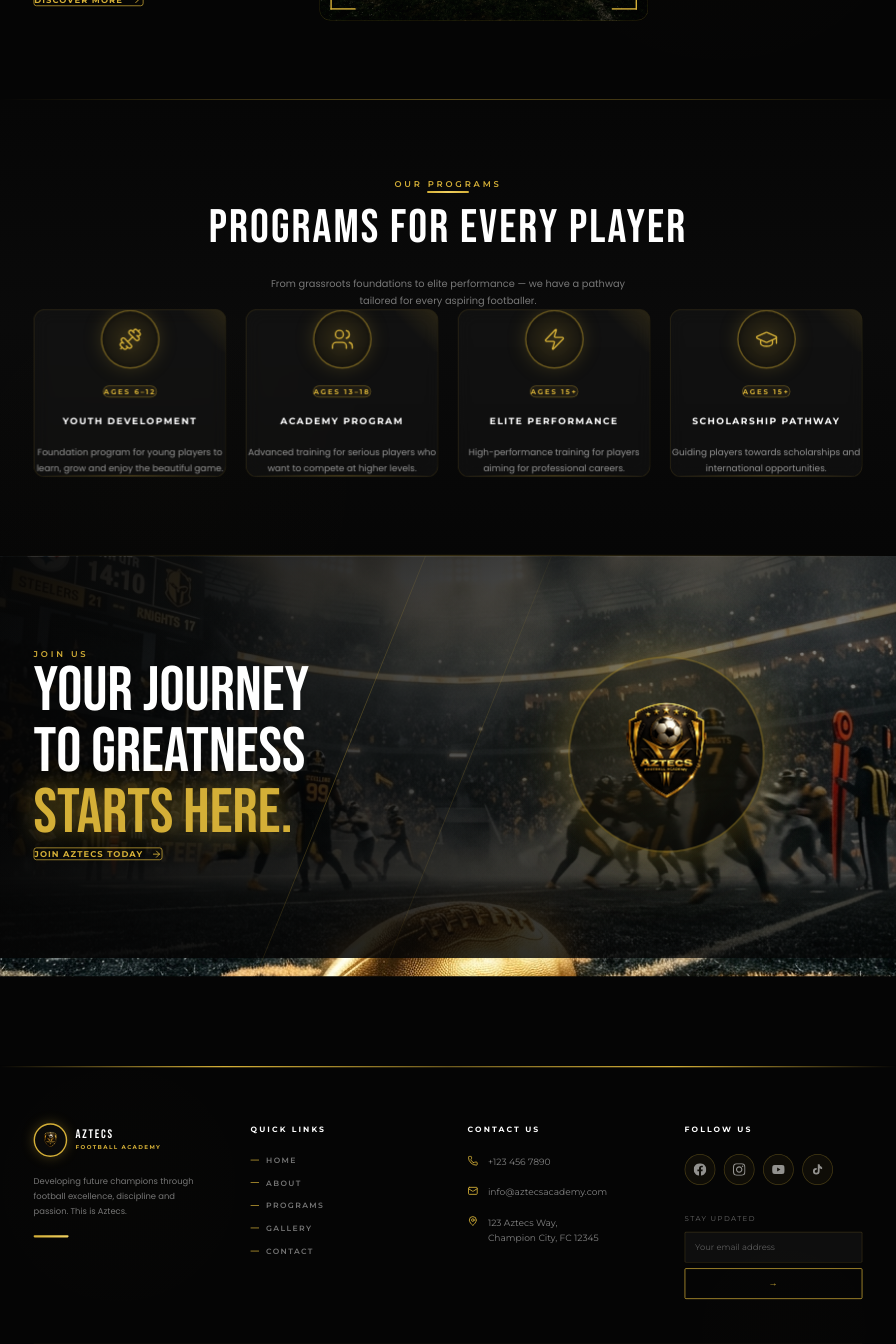
Repository: rahilkk2/aztecs-football
Page: /
An editor plug-in stored every save of this project. The page is shown before and after the next save, followed by the edit.
The browser window is 1280 px wide. The pictures show the part of the page from y = 1724 to 3644 px (the page is 3744 px tall before and 3725 px after), at 70% of full size.
The project was rebuilt for these pictures with package versions that can differ from the ones it lists, and the page was loaded fresh each time. Also part of the build but not shown: vite.config.js.

Above is the page before, as saved 2026-05-20 00:30:11.

### index.html
<!doctype html>
<html lang="en">
  <head>
    <meta charset="UTF-8" />
    <link rel="icon" type="image/png" href="/logo.png" />
    <meta name="viewport" content="width=device-width, initial-scale=1.0" />
    <link rel="preconnect" href="https://fonts.googleapis.com" />
    <link rel="preconnect" href="https://fonts.gstatic.com" crossorigin />
    <link href="https://fonts.googleapis.com/css2?family=Bebas+Neue&family=Montserrat:ital,wght@0,300;0,400;0,500;0,600;0,700;0,800;0,900;1,400&family=Poppins:wght@300;400;500;600;700;800&display=swap" rel="stylesheet" />
    <meta name="description" content="Aztecs Football Academy — Building champions on and off the pitch. Elite training, player development, and a clear pathway to success for young football players." />
    <meta name="keywords" content="football academy, Aztecs, elite training, youth football, soccer academy, player development, scholarship pathway" />
    <meta property="og:title" content="Aztecs Football Academy — Building Champions" />
    <meta property="og:description" content="Elite football training with discipline, values and a pathway to success. Join Aztecs Football Academy today." />
    <meta property="og:type" content="website" />
    <meta name="theme-color" content="#d4af37" />
    <title>Aztecs Football Academy — Building Champions On & Off The Pitch</title>
  </head>
  <body>
    <div id="root"></div>
    <script type="module" src="/src/main.jsx"></script>
  </body>
</html>

### src/App.jsx
import Navbar from './components/Navbar';
import Hero from './components/Hero';
import Features from './components/Features';
import About from './components/About';
import Programs from './components/Programs';
import CallToAction from './components/CallToAction';
import Footer from './components/Footer';

// Reusable gold gradient divider between sections
const GoldDivider = () => (
  <div className="section-gold-divider" />
);

function App() {
  return (
    <div style={{ background: '#050505', minHeight: '100vh' }}>
      <Navbar />
      <Hero />
      <GoldDivider />
      <Features />
      <GoldDivider />
      <About />
      <GoldDivider />
      <Programs />
      <GoldDivider />
      <CallToAction />
      <Footer />
    </div>
  );
}

export default App;

### src/components/Navbar.jsx
import { useState, useEffect } from 'react';
import { Menu, X } from 'lucide-react';

const navLinks = ['Home', 'About', 'Programs', 'Academy', 'Gallery', 'Contact'];

export default function Navbar() {
  const [scrolled, setScrolled] = useState(false);
  const [menuOpen, setMenuOpen] = useState(false);

  useEffect(() => {
    const onScroll = () => setScrolled(window.scrollY > 60);
    window.addEventListener('scroll', onScroll);
    return () => window.removeEventListener('scroll', onScroll);
  }, []);

  const handleNavClick = (link) => {
    setMenuOpen(false);
    const target = document.getElementById(link.toLowerCase());
    if (target) target.scrollIntoView({ behavior: 'smooth' });
    else window.scrollTo({ top: 0, behavior: 'smooth' });
  };

  return (
    <nav
      className={`fixed top-0 left-0 right-0 z-50 transition-all duration-500 ${
        scrolled
          ? 'bg-black/96 backdrop-blur-lg border-b border-yellow-600/20 py-3 shadow-2xl'
          : 'bg-transparent backdrop-blur-sm py-5'
      }`}
    >
      <div className="page-container flex items-center justify-between">

        {/* ── Logo ── */}
        <div
          className="flex items-center gap-2 sm:gap-3 cursor-pointer shrink-0"
          onClick={() => window.scrollTo({ top: 0, behavior: 'smooth' })}
        >
          {/* Logo image – object-contain so the full shield shows */}
          <div
            className="w-9 sm:w-11 h-9 sm:h-11 rounded-full overflow-hidden border-2 border-yellow-500/60 flex items-center justify-center shrink-0"
            style={{ boxShadow: '0 0 14px rgba(212,175,55,0.3)', background: '#0a0a0a' }}
          >
            <img
              src="/logo.png"
              alt="Aztecs Logo"
              className="w-full h-full object-contain"
            />
          </div>
          <div className="leading-none hidden sm:block">
            <div
              className="text-white text-lg sm:text-xl tracking-[2px] sm:tracking-[3px] font-black"
              style={{ fontFamily: "'Bebas Neue', cursive" }}
            >
              AZTECS
            </div>
            <div className="text-yellow-500 text-[8px] sm:text-[9px] font-bold tracking-[2px] sm:tracking-[3px] uppercase mt-0.5">
              Football Academy
            </div>
          </div>
        </div>

        {/* ── Desktop Nav Links ── */}
        <ul className="hidden lg:flex items-center gap-9">
          {navLinks.map((link) => (
            <li key={link}>
              <button
                onClick={() => handleNavClick(link)}
                className="text-white/75 hover:text-yellow-400 text-[11px] font-semibold tracking-[2.5px] uppercase transition-all duration-300 relative group"
              >
                {link}
                <span className="absolute -bottom-1 left-0 w-0 h-[1.5px] bg-yellow-500 transition-all duration-300 group-hover:w-full" />
              </button>
            </li>
          ))}
        </ul>

        {/* ── CTA + Hamburger ── */}
        <div className="flex items-center gap-3 sm:gap-4 shrink-0">
          <button
            onClick={() => handleNavClick('Contact')}
            className="btn-gold hidden sm:block px-4 sm:px-6 py-2 sm:py-2.5 text-[9px] sm:text-[11px] rounded-sm tracking-widest"
          >
            JOIN NOW
          </button>
          <button
            className="lg:hidden text-white hover:text-yellow-400 transition-colors p-2"
            onClick={() => setMenuOpen(!menuOpen)}
            aria-label="Toggle menu"
          >
            {menuOpen ? <X size={24} /> : <Menu size={24} />}
          </button>
        </div>
      </div>

      {/* ── Mobile Menu ── */}
      <div
        className={`lg:hidden transition-all duration-500 overflow-hidden ${
          menuOpen ? 'max-h-[500px] opacity-100' : 'max-h-0 opacity-0'
        }`}
      >
        <div className="bg-black/98 border-t border-yellow-600/20 px-4 sm:px-6 py-5 flex flex-col gap-4">
          {navLinks.map((link) => (
            <button
              key={link}
              onClick={() => handleNavClick(link)}
              className="text-white/70 hover:text-yellow-400 text-sm font-semibold tracking-[2px] uppercase text-left transition-colors py-2 border-b border-white/5 pb-3"
            >
              {link}
            </button>
          ))}
          <button
            onClick={() => handleNavClick('Contact')}
            className="btn-gold px-4 py-3 text-xs rounded-sm mt-2 w-full sm:w-fit tracking-widest"
          >
            JOIN NOW
          </button>
        </div>
      </div>
    </nav>
  );
}

### src/components/Features.jsx
import { useRef } from 'react';
import { motion, useInView } from 'framer-motion';
import { Trophy, User, Shield, Star } from 'lucide-react';

const features = [
  {
    icon: Trophy,
    title: 'Elite Training',
    desc: 'World-class training programs designed by professional coaches to elevate your game.',
  },
  {
    icon: User,
    title: 'Player Development',
    desc: 'We focus on technical skills, tactical understanding and personal growth at every level.',
  },
  {
    icon: Shield,
    title: 'Discipline & Values',
    desc: 'Building character, leadership and respect on and off the field for life.',
  },
  {
    icon: Star,
    title: 'Pathway to Success',
    desc: 'Preparing players for scholarships, professional trials and a bright future.',
  },
];

export default function Features() {
  const ref = useRef(null);
  const isInView = useInView(ref, { once: true, margin: '-80px' });

  return (
    <section
      ref={ref}
      id="features"
      className="relative overflow-hidden"
      style={{
        background: 'linear-gradient(to bottom, #050505, #0c0c0c, #050505)',
        paddingTop: 'clamp(3rem, 8vw, 6rem)',
        paddingBottom: 'clamp(3rem, 8vw, 7rem)',
      }}
    >
      {/* Gold accent lines */}
      <div
        className="absolute top-0 left-0 right-0 h-px"
        style={{ background: 'linear-gradient(to right, transparent, rgba(212,175,55,0.6), transparent)' }}
      />
      <div
        className="absolute bottom-0 left-0 right-0 h-px"
        style={{ background: 'linear-gradient(to right, transparent, rgba(212,175,55,0.4), transparent)' }}
      />

      {/* Spotlight */}
      <div className="absolute inset-0 pointer-events-none">
        <div
          className="spotlight absolute"
          style={{ width: '600px', height: '600px', top: '50%', left: '50%', transform: 'translate(-50%,-50%)', opacity: 0.07 }}
        />
      </div>

      <div className="page-container">
        {/* Section header */}
        <motion.div
          className="text-center mb-10 sm:mb-14 md:mb-16"
          initial={{ opacity: 0, y: 30 }}
          animate={isInView ? { opacity: 1, y: 0 } : {}}
          transition={{ duration: 0.7 }}
        >
          <div className="section-label mb-3 sm:mb-4">Why Choose Us</div>
          <div className="flex justify-center mb-4 sm:mb-5">
            <div className="gold-divider" />
          </div>
          <h2
            style={{
              fontFamily: "'Bebas Neue', cursive",
              fontSize: 'clamp(1.8rem, 6vw, 3.5rem)',
              letterSpacing: '3px',
              color: '#ffffff',
            }}
          >
            WHAT MAKES US DIFFERENT
          </h2>
        </motion.div>

        {/* Cards */}
        <div className="grid grid-cols-1 sm:grid-cols-2 lg:grid-cols-4 gap-4 sm:gap-5 lg:gap-7">
          {features.map(({ icon: Icon, title, desc }, i) => (
            <motion.div
              key={title}
              className="premium-card glass-card rounded-2xl p-6 sm:p-7 md:p-9 text-center flex flex-col items-center gap-4 sm:gap-5 relative overflow-hidden"
              initial={{ opacity: 0, y: 50 }}
              animate={isInView ? { opacity: 1, y: 0 } : {}}
              transition={{ duration: 0.7, delay: i * 0.12, ease: 'easeOut' }}
            >
              {/* Corner accent */}
              <div
                className="absolute top-0 right-0 w-20 h-20 opacity-10"
                style={{ background: 'linear-gradient(225deg, #d4af37, transparent 60%)' }}
              />

              {/* Icon */}
              <div
                className="w-18 h-18 rounded-full flex items-center justify-center"
                style={{
                  width: '72px',
                  height: '72px',
                  background: 'radial-gradient(circle, rgba(212,175,55,0.16), rgba(212,175,55,0.03))',
                  border: '1.5px solid rgba(212,175,55,0.42)',
                  boxShadow: '0 0 22px rgba(212,175,55,0.14)',
                }}
              >
                <Icon size={30} style={{ color: '#d4af37' }} strokeWidth={1.4} />
              </div>

              <h3
                className="font-bold text-white uppercase"
                style={{ letterSpacing: '2px', fontSize: '0.8rem' }}
              >
                {title}
              </h3>
              <p
                className="text-white/55 leading-relaxed"
                style={{ fontFamily: "'Poppins', sans-serif", fontSize: '0.78rem', lineHeight: '1.7' }}
              >
                {desc}
              </p>

              {/* Bottom gold accent bar */}
              <div
                className="absolute bottom-0 left-0 right-0 h-[2px]"
                style={{ background: 'linear-gradient(to right, transparent, rgba(212,175,55,0.35), transparent)' }}
              />
            </motion.div>
          ))}
        </div>
      </div>
    </section>
  );
}

### src/components/Programs.jsx
import { useRef } from 'react';
import { motion, useInView } from 'framer-motion';
import { Dumbbell, Users, Zap, GraduationCap } from 'lucide-react';
import { Swiper, SwiperSlide } from 'swiper/react';
import { Navigation, Pagination, Autoplay } from 'swiper/modules';
import 'swiper/css';
import 'swiper/css/navigation';
import 'swiper/css/pagination';

const programs = [
  {
    icon: Dumbbell,
    title: 'Youth Development',
    age: 'Ages 6–12',
    desc: 'Foundation program for young players to learn, grow and enjoy the beautiful game.',
  },
  {
    icon: Users,
    title: 'Academy Program',
    age: 'Ages 13–18',
    desc: 'Advanced training for serious players who want to compete at higher levels.',
  },
  {
    icon: Zap,
    title: 'Elite Performance',
    age: 'Ages 15+',
    desc: 'High-performance training for players aiming for professional careers.',
  },
  {
    icon: GraduationCap,
    title: 'Scholarship Pathway',
    age: 'Ages 15+',
    desc: 'Guiding players towards scholarships and international opportunities.',
  },
];

function ProgramCard({ icon: Icon, title, age, desc, delay }) {
  return (
    <motion.div
      className="premium-card glass-card rounded-2xl p-6 sm:p-7 md:p-10 text-center flex flex-col items-center gap-4 sm:gap-5 md:gap-6 h-full relative overflow-hidden cursor-pointer"
      initial={{ opacity: 0, y: 50 }}
      whileInView={{ opacity: 1, y: 0 }}
      viewport={{ once: true }}
      transition={{ duration: 0.7, delay, ease: 'easeOut' }}
      whileHover={{ y: -10, transition: { duration: 0.3 } }}
    >
      {/* Top diagonal gold corner */}
      <div
        className="absolute -top-1 -right-1 w-16 h-16 opacity-15"
        style={{ background: 'linear-gradient(225deg, #d4af37 0%, transparent 60%)' }}
      />

      {/* Icon ring */}
      <div
        className="flex items-center justify-center rounded-full"
        style={{
          width: '84px',
          height: '84px',
          background: 'radial-gradient(circle, rgba(212,175,55,0.18), rgba(5,5,5,0.5))',
          border: '2px solid rgba(212,175,55,0.45)',
          boxShadow: '0 0 28px rgba(212,175,55,0.18)',
          flexShrink: 0,
        }}
      >
        <Icon size={34} style={{ color: '#d4af37' }} strokeWidth={1.4} />
      </div>

      {/* Age badge */}
      <span
        className="font-bold uppercase px-4 py-1.5 rounded-full"
        style={{
          fontSize: '10px',
          letterSpacing: '2.5px',
          color: '#d4af37',
          border: '1px solid rgba(212,175,55,0.4)',
          background: 'rgba(212,175,55,0.07)',
        }}
      >
        {age}
      </span>

      <h3
        className="font-bold text-white uppercase"
        style={{
          fontFamily: "'Montserrat', sans-serif",
          letterSpacing: '2px',
          fontSize: '0.82rem',
        }}
      >
        {title}
      </h3>

      <p
        className="text-white/55 leading-relaxed"
        style={{
          fontFamily: "'Poppins', sans-serif",
          fontSize: '0.8rem',
          lineHeight: '1.75',
        }}
      >
        {desc}
      </p>

      {/* Bottom gold line */}
      <div
        className="absolute bottom-0 left-0 right-0 h-[2px]"
        style={{ background: 'linear-gradient(to right, transparent, rgba(212,175,55,0.3), transparent)' }}
      />
    </motion.div>
  );
}

export default function Programs() {
  const ref = useRef(null);
  const isInView = useInView(ref, { once: true, margin: '-80px' });

  return (
    <section
      id="programs"
      ref={ref}
      className="relative overflow-hidden"
      style={{
        background: 'linear-gradient(to bottom, #060606, #0a0a0a, #060606)',
        paddingTop: '7rem',
        paddingBottom: '7rem',
      }}
    >
      {/* Background spotlight */}
      <div className="absolute inset-0 pointer-events-none">
        <div
          className="spotlight absolute"
          style={{ width: '700px', height: '700px', bottom: '-250px', left: '-120px', opacity: 0.07 }}
        />
      </div>

      <div className="page-container">
        {/* Section header */}
        <motion.div
          className="text-center mb-10 sm:mb-14 md:mb-16"
          initial={{ opacity: 0, y: 40 }}
          animate={isInView ? { opacity: 1, y: 0 } : {}}
          transition={{ duration: 0.8 }}
        >
          <div className="section-label mb-3 sm:mb-4">Our Programs</div>
          <div className="flex justify-center mb-4 sm:mb-6">
            <div className="gold-divider" />
          </div>
          <h2
            style={{
              fontFamily: "'Bebas Neue', cursive",
              fontSize: 'clamp(1.8rem, 6vw, 4.2rem)',
              letterSpacing: '3px',
              color: '#ffffff',
            }}
          >
            PROGRAMS FOR EVERY PLAYER
          </h2>
          <p
            style={{
              fontFamily: "'Poppins', sans-serif",
              fontSize: 'clamp(0.8rem, 2vw, 0.875rem)',
              maxWidth: '520px',
              lineHeight: '1.75',
              textAlign: 'center',
              marginLeft: 'auto',
              marginRight: 'auto',
              marginTop: '1rem',
              color: 'rgba(255,255,255,0.45)',
            }}
          >
            From grassroots foundations to elite performance — we have a pathway tailored for every aspiring footballer.
          </p>
        </motion.div>

        {/* Desktop grid */}
        <div className="hidden md:grid grid-cols-2 lg:grid-cols-4 gap-7">
          {programs.map(({ icon, title, age, desc }, i) => (
            <ProgramCard
              key={title}
              icon={icon}
              title={title}
              age={age}
              desc={desc}
              delay={i * 0.1}
            />
          ))}
        </div>

        {/* Mobile Swiper */}
        <div className="md:hidden">
          <Swiper
            modules={[Navigation, Pagination, Autoplay]}
            spaceBetween={20}
            slidesPerView={1.08}
            centeredSlides
            pagination={{ clickable: true }}
            navigation
            autoplay={{ delay: 3500, disableOnInteraction: false }}
            className="pb-14"
          >
            {programs.map(({ icon, title, age, desc }) => (
              <SwiperSlide key={title}>
                <ProgramCard icon={icon} title={title} age={age} desc={desc} delay={0} />
              </SwiperSlide>
            ))}
          </Swiper>
        </div>
      </div>

      {/* Bottom gold rule */}
      <div
        className="absolute bottom-0 left-0 right-0 h-px"
        style={{ background: 'linear-gradient(to right, transparent, rgba(212,175,55,0.4), transparent)' }}
      />
    </section>
  );
}

Loaded but not shown: src/main.jsx (common file); src/components/Footer.jsx (271 lines, source omitted); src/components/Hero.jsx (270 lines, source omitted); src/components/About.jsx (191 lines, source omitted); src/index.css (299 lines, source omitted); src/components/CallToAction.jsx (144 lines, source omitted)

After the next save:
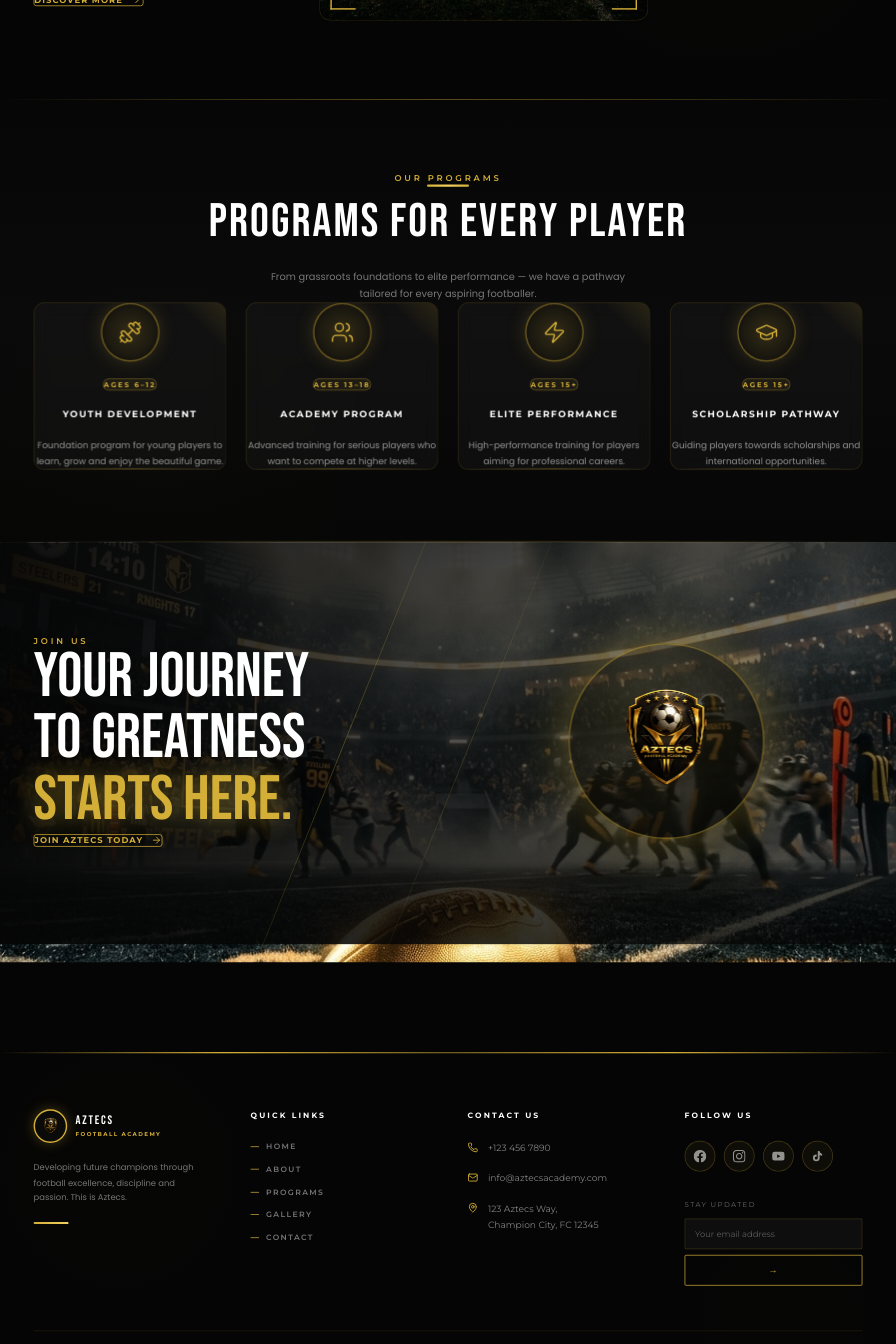
Saved 3 s later.
--- a/src/components/Programs.jsx
+++ b/src/components/Programs.jsx
@@ -121,8 +121,8 @@ export default function Programs() {
       className="relative overflow-hidden"
       style={{
         background: 'linear-gradient(to bottom, #060606, #0a0a0a, #060606)',
-        paddingTop: '7rem',
-        paddingBottom: '7rem',
+        paddingTop: 'clamp(3rem, 8vw, 7rem)',
+        paddingBottom: 'clamp(3rem, 8vw, 7rem)',
       }}
     >
       {/* Background spotlight */}
